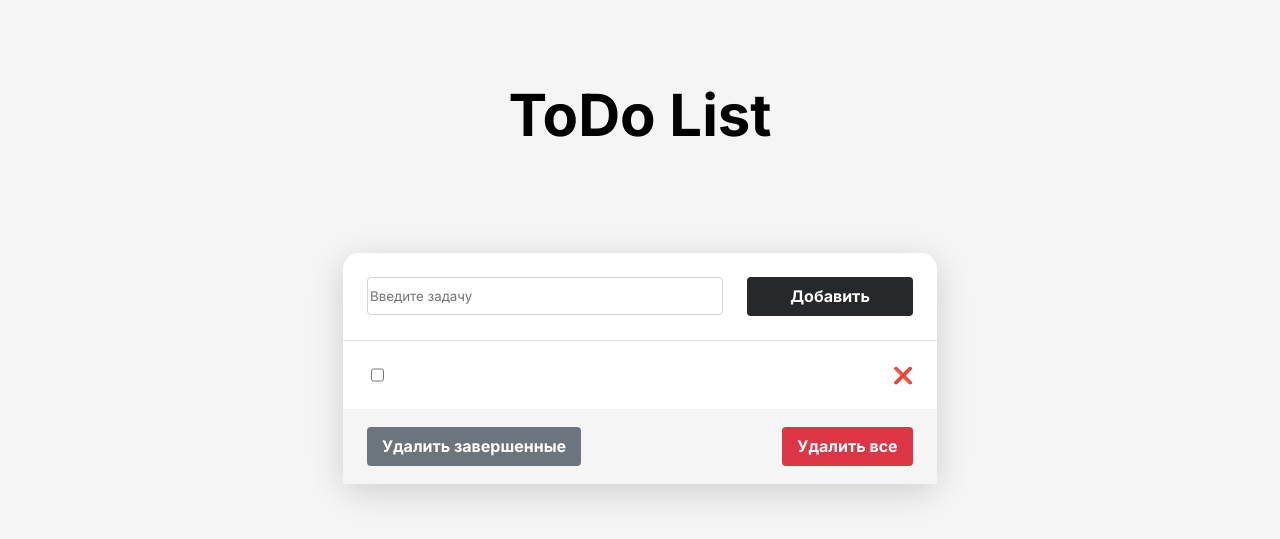
Repository: Tchistyakov/todolist
Page: /
These files come from the project's save history. The page is drawn as it stood at one moment and after the next save; the edit follows.
The browser window is 1280 px wide. The pictures show the whole page.
The project was rebuilt for these pictures with package versions that can differ from the ones it lists, and the page was loaded fresh each time.

Above is the page before, as saved 2021-11-26 16:41:19.

After the next save:
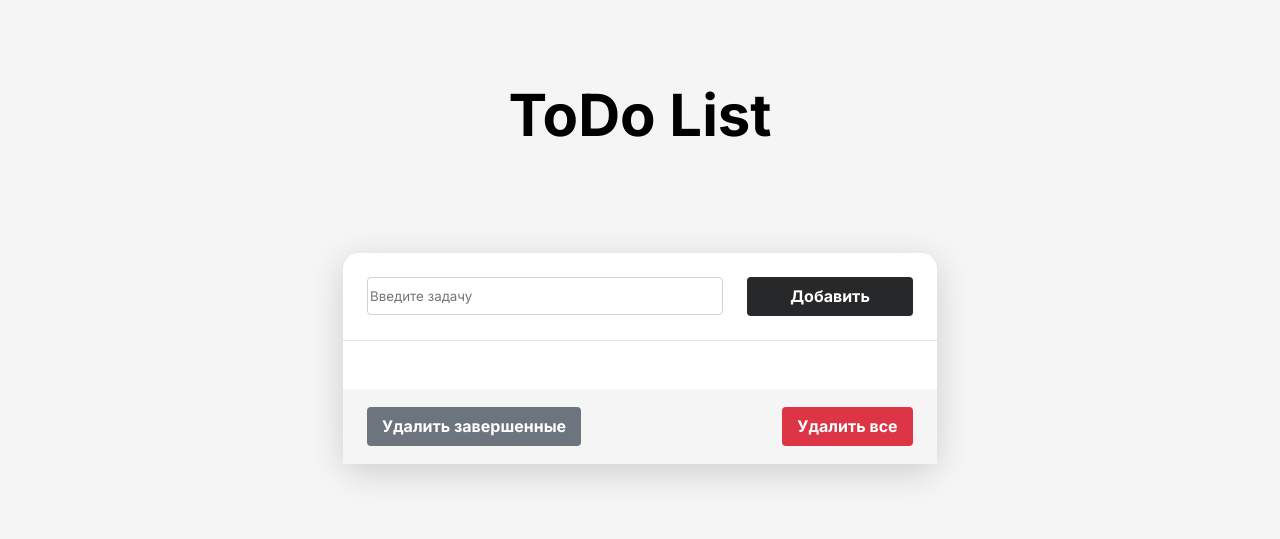
Saved 46 s later.
--- a/src/Main/Main.js
+++ b/src/Main/Main.js
@@ -40,7 +40,7 @@ function Main() {
             </header>
             <main className="main">
                 <ul type="none" id="todo" className="list">
-                    <Tag />
+                    {todos}
                 </ul>
             </main>
             <footer className="div-flex footer">
